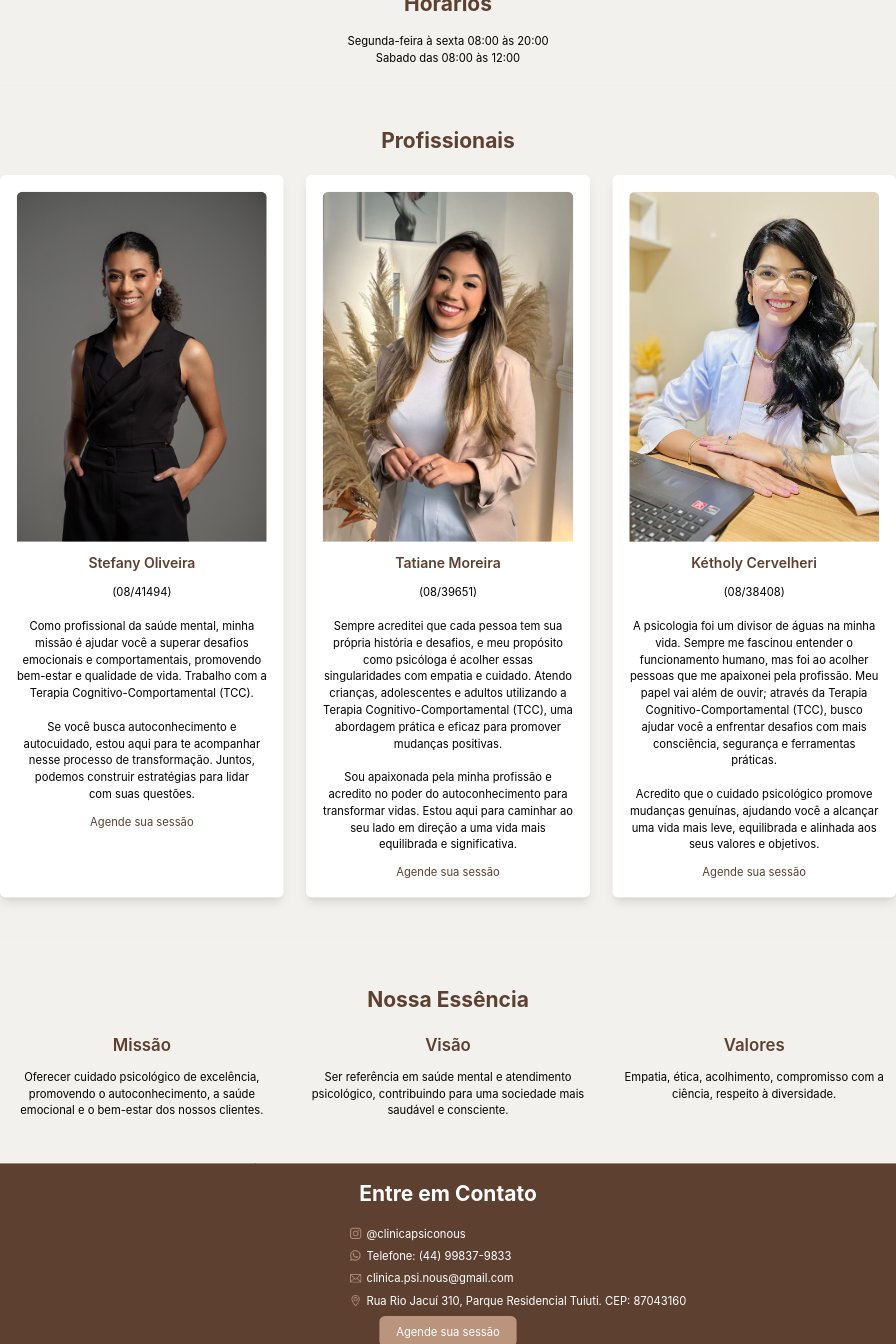
Repository: Mcervelheri/Nous
Page: /
These files come from the project's save history. The page is drawn as it stood at one moment and after the next save; the edit follows.
The browser window is 1280 px wide. The pictures show the part of the page from y = 1310 to 3230 px (the page is 3462 px tall before and 3486 px after), at 70% of full size.
The project was rebuilt for these pictures with package versions that can differ from the ones it lists, and the page was loaded fresh each time. Also part of the build but not shown: vite.config.js.

Above is the page before, as saved 2025-03-05 14:18:03.

After the next save:
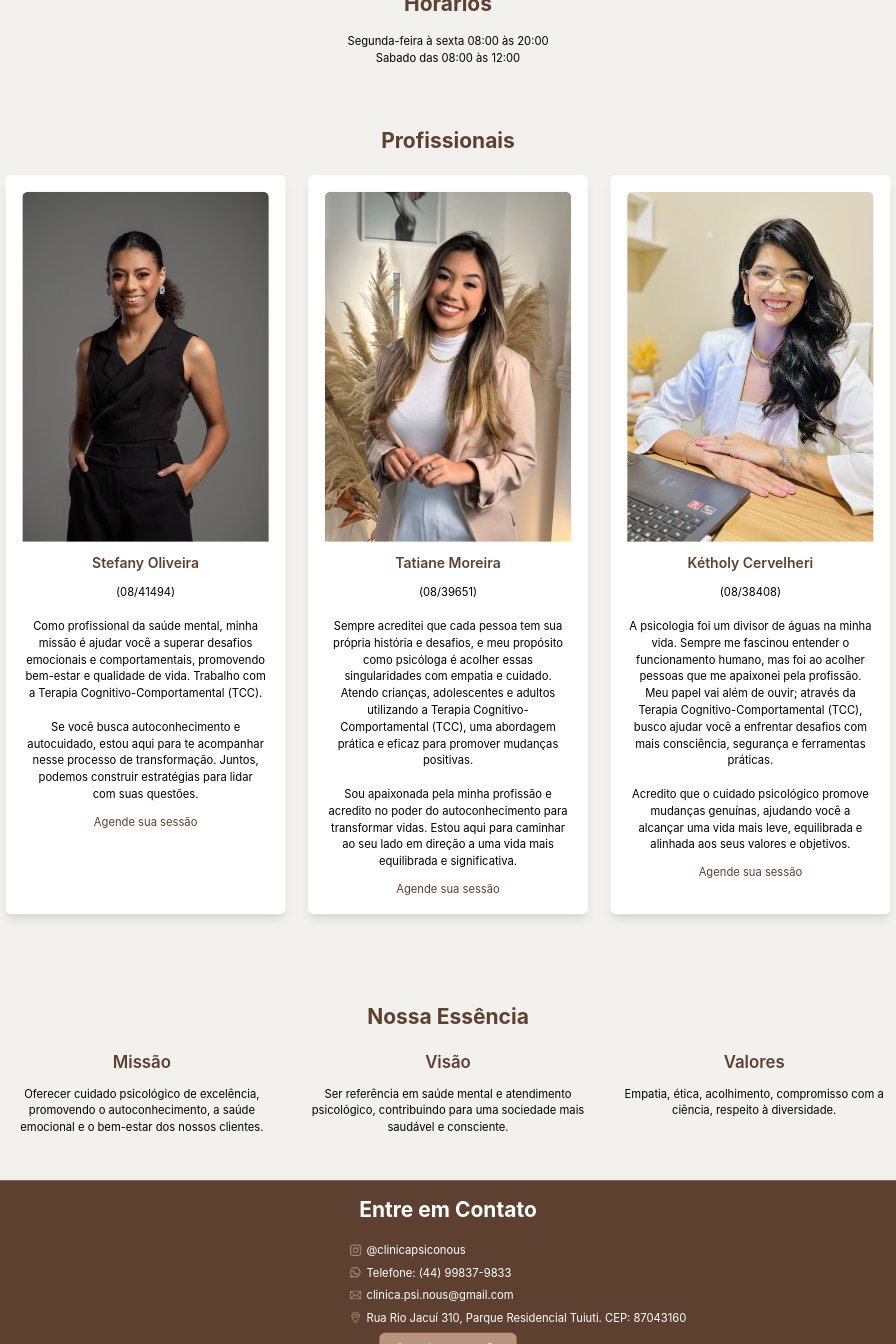
Saved 2 min 39 s later.
--- a/src/components/ProfessionalsList.jsx
+++ b/src/components/ProfessionalsList.jsx
@@ -4,7 +4,7 @@ import professionalsData from "./ProfessionalsData";
 
 const ProfessionalsList = () => {
   return (
-    <div className="grid grid-cols-1 lg:grid-cols-3 gap-8">
+    <div className="grid grid-cols-1 lg:grid-cols-3 gap-8 px-2">
       {professionalsData.map((professional, index) => (
         <Professional key={index} {...professional} />
       ))}
